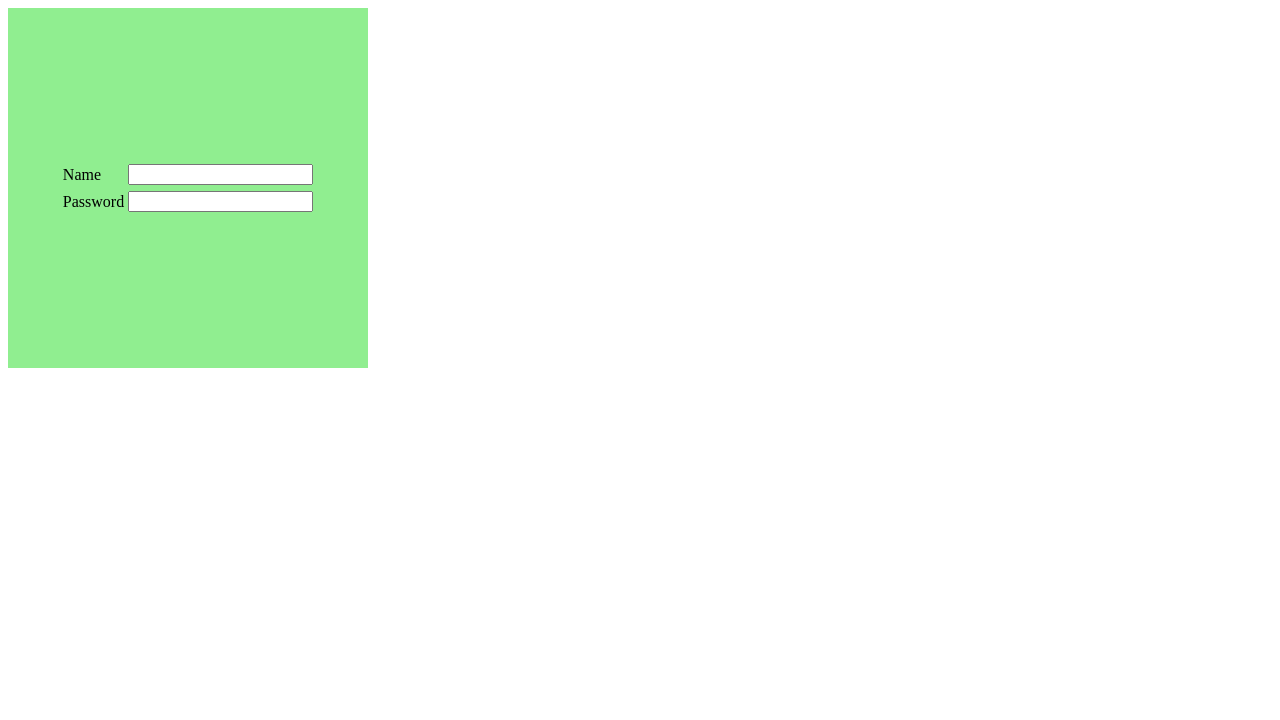
Repository: yash1sh/Java
Page: http://localhost/Servlet_Demo/
An editor plug-in stored every save of this project. The page is shown before and after the next save, followed by the edit.
The browser window is 1280 px wide. The pictures show the whole page.
The page is served by Tomcat 9. Other server files are loaded and not shown.

Above is the page before, as saved 2022-05-14 09:31:59.

### Bootcmp/Servlet_Demo/src/main/webapp/index.html
<!DOCTYPE html>
<html>
<head>
<meta charset="ISO-8859-1">
<title>Insert title here</title>
<link rel="stylesheet" type="text/css" href="indexcss.css">
</head>
<body>
	<section class="form">
		<article>
			<form action="">
				<table>
					<tr> <td> <label>Name</label> </td>
						<td><input type="text" id="Name"></td>
					<tr>
					<tr>
						<td><label>Password</label></td>
						<td><input type="password" id="password"></td>
					</tr>
				</table>
			</form>
		</article>
	</section>





</body>
</html>

### Bootcmp/Servlet_Demo/src/main/webapp/indexcss.css
@charset "ISO-8859-1";
.form{
	display: flex;
	justify-content: center;
	align-items: center;
	background-color: lightgreen;
	width:50vh;
	height:50vh;
	color:black;

}

After the next save:
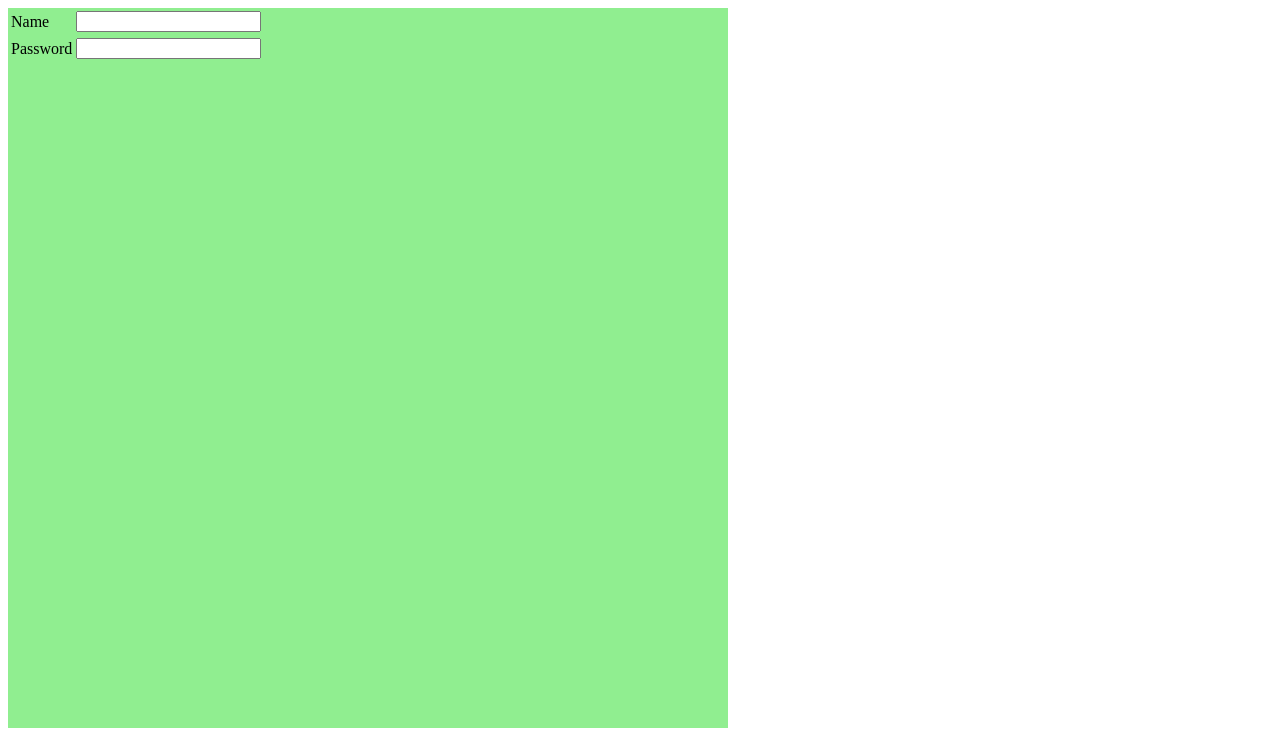
Saved 68 s later.
--- a/Bootcmp/Servlet_Demo/src/main/webapp/indexcss.css
+++ b/Bootcmp/Servlet_Demo/src/main/webapp/indexcss.css
@@ -1,11 +1,8 @@
 @charset "ISO-8859-1";
 .form{
-	display: flex;
-	justify-content: center;
-	align-items: center;
 	background-color: lightgreen;
-	width:50vh;
-	height:50vh;
+	width:100vh;
+	height:100vh;
 	color:black;
 
 }
